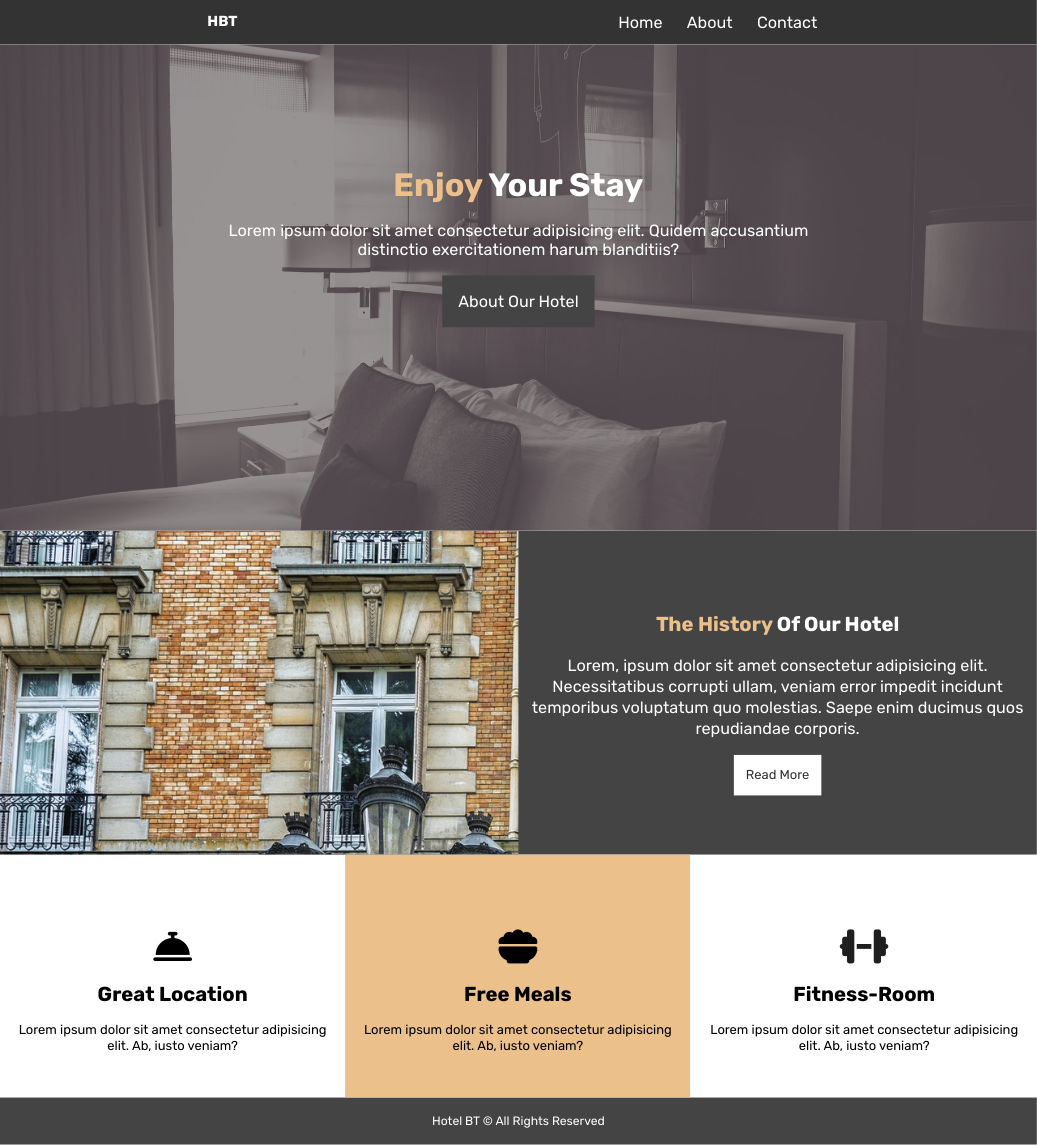
Repository: reemoon-ctrl/35---hotel-website
Page: index.html
These files come from the project's save history. The page is drawn as it stood at one moment and after the next save; the edit follows.
The browser window is 1280 px wide. The pictures show the whole page, at 81% of full size.
Some web libraries are served in a nearby version.

Above is the page before, as saved 2024-07-24 19:47:56.

### index.html
<!DOCTYPE html>
<html lang="en">
<head>
    <meta charset="UTF-8">
    <meta name="viewport" content="width=device-width, initial-scale=1.0">
    <title>HBT| hotel website</title>
    <link rel="stylesheet" href="index.css"/>
    <style>
    @import url('https://fonts.googleapis.com/css2?family=Rubik:ital,wght@0,300..900;1,300..900&display=swap');

    </style>
    <script src="https://kit.fontawesome.com/6132f3c84f.js" crossorigin="anonymous"></script>

</head>
<body>
    <header>
        <ul class="nav-bar">
            <li class="title"><a href="">HBT</a></li>
            <div class="bag-nav-row" >
            <li class="bag-nav"><a href="contact.html">Contact</a></li>
            <li class="bag-nav"><a href="about.html">About</a></li>
            <li class="bag-nav"><a href="index.html">Home</a></li>
            </div>
        </ul>

    </header>

    <header class="mainheader" >
        <div class="mainheadertxt">
            <h1><span class="fword">Enjoy</span> Your Stay</h1>
            <p>Lorem ipsum dolor sit amet
                consectetur adipisicing elit.
                Quidem accusantium distinctio
                exercitationem harum blanditiis?
            </p>
            <a href="about.html" >About Our Hotel</a>
        </div>
    </header>

    <main class="main-content">
        <div class="hotelimg"></div>
        <div class="hotel-disc">
            <h3><span class="fword">The History </span>Of Our Hotel</h3>
            <p>Lorem, ipsum dolor sit amet consectetur adipisicing elit. Necessitatibus corrupti ullam, veniam error impedit incidunt temporibus voluptatum quo molestias. Saepe enim ducimus quos repudiandae corporis.</p>
            <a href="about.html">Read More</a>
        </div>

    </main>

    <aside class="aside-bar">
        <ul >
            <div class="ul">
                <div class="fli" ><i class="fa-solid fa-bell-concierge fa-3x"></i> <li ><h4>Great Location</h4>
                    <p>Lorem ipsum dolor sit amet consectetur adipisicing elit. Ab, iusto veniam?</p>

                </li></div>
                <div class="sli"><li > <i class="fa-sharp-duotone fa-solid fa-bowl-food fa-3x" style="--fa-primary-color: #1f1f1f; --fa-secondary-color: #1f1f1f;"></i><h4>Free Meals</h4>
                    <p>Lorem ipsum dolor sit amet consectetur adipisicing elit. Ab, iusto veniam?</p>

                </li></div>
                <div class="thli"><li ><i class="fa-solid fa-dumbbell fa-3x" style="color: #1f1f1f;"></i><h4 >Fitness-Room</h4>
                    <p>Lorem ipsum dolor sit amet consectetur adipisicing elit. Ab, iusto veniam?</p>

                </li></div>
            </div>
        </ul>
    </aside>

    <footer>
        <p>Hotel BT &copy; All Rights Reserved</p>

    </footer>

</body>
</html>

### index.css
*{
    padding: 0px;
    margin: 0px;
    box-sizing: border-box;
    font-family: "Rubik", sans-serif;
    font-optical-sizing: auto;




}
.nav-bar{
    list-style:none;
    overflow: auto;
    /* clear:both; */
    background: #333333;
    font-size: 20px;
    text-align: center;
    height: 55px;

}

.bag-nav-row{
    margin-right: 20%;
}
.title{
    float: left;
    margin-left: 20%;
    font-weight: bold;
    font-size:18px ;

    text-align: center;
    padding:15px 0px;

}
.title  a{
    text-decoration: none;
    color:#fff;
}


.bag-nav{
    float: right;
    font-size: 20px;


}
.bag-nav-row li a{
    text-decoration: none;
    padding: 15px;
    display: inline-block;
    color: #fff;
}

.bag-nav-row li a:hover{
    background: #444444;
    color:#ecc08a;
}
.bag-nav-row li a:active{
    background: #444444;
    color:#ecc08a;
}


.mainheader{
    background-image: url("img/showcase.jpg") ;
    background-color: #cccccc;
    height:600px;
    background-position: center;
    background-repeat: no-repeat;
    background-size:cover;
    position: relative;
}
.mainheadertxt{
    /* margin: auto; */
    padding: 150px 20%;
    position:relative;
    text-align: center;
    /* margin-top: 20px; */
    color:#fff;
}
.mainheadertxt h1{
    font-size:40px;

}

.mainheadertxt p{
    margin:20px;
    font-size: 20px;
}
.mainheadertxt a{
    position:relative;
    display: block;
    width: fit-content;
    background: #444444;
    text-decoration:none ;
    color: #fff;
    top:50%;
    margin-top: 30px;
    margin: auto;
    font-size: 20px;

    padding: 20px;
}
.mainheadertxt a:hover{
    background: #ecc08a;
    cursor: pointer;
    color:#333333;

}
.fword{
    color:#ecc08a
}
.main-content{
    width:100%;
    height:400px;
    overflow: auto;
    background: #444444;
    color: #fff;
}
.hotelimg{
    width:50%;
    float:left;

    min-height:100% ;
    background: url('img/photo-1.jpg') no-repeat;
}
.hotel-disc{
    /* padding-top: 100px; */
    padding:20px 10px;
    width:50%;
    height:40px;
    float:right;
    text-align: center;
    /* margin-top:px; */
    line-height: 1.3;
    /* padding:20px; */

}
.hotel-disc h3{
    font-size: 25px;
    /* font-size: xx-large; */
    margin-bottom: 20px;
    margin-top:5rem;
}
.hotel-disc a{
    position:relative;
    display: block;
    width: fit-content;
    text-decoration:none ;
    color: #333333;
    padding: 15px;
    margin:auto;
    margin-top: 20px;
    background: #fff;

}
.hotel-disc a:hover{
    background: #ecc08a;
}
.hotel-disc p{
    font-size: 20px;
}

.aside-bar{
    height: 300px;
    overflow: auto;
    clear:both;

}
.ul{
    list-style: none;
    text-align: center;
    margin:auto;
    height:300px;
}
.fli{
    padding: 60px;
    margin: auto;
    float: left;
    width:33.3%;
    height: 300px;
    padding: 90px 20px;
}
.fli h4{
    font-size: 25px;
    margin-bottom: 20px;
    margin-top: 20px;
}
.sli h4{
    margin-top: 20px;
    font-size: 25px;
    margin-bottom: 20px;
}
.thli h4{
    margin-top: 20px;
    font-size: 25px;
    margin-bottom: 20px;
}
.sli{
    float:left;
    width:33.3%;
    background-color:#ecc08a;
    height: 300px;
    padding: 90px 20px;

}
.thli{
    float:right;
    width:33.3%;
    height: 300px;
    margin: auto;
    height: 300px;
    padding: 90px 20px;
}

footer p{
    text-align: center;
    font-size: 15px;
    color: #fff;
    background: #444444;
    padding: 20px;
}

/* ///////////////about website////////////////// */
.s-header{
    overflow: auto;
    clear: both;
    margin: auto;
    margin: 50px 20%;
    /* height: 500px; */
}
.header-content{
    float:left;
    width:40%;

}
.header-content h1{
    font-size: 50px;
}
.header-content p{
    font-size: 28px;
    margin-top: 20px;
    line-height: 1.3;
}
.hotel-img2{
    height:400px;
    width: 40%;
    float: right;
    border-radius:50%;
}
.comment{
    overflow: auto;
    background:#ecc08a;
    margin: 20px 20%;
    border-radius: 20px;

}
.aside-content{
    background-image: url(img/test-bg.jpg) ;
    background-color: #cccccc;
    height:900px;
    background-position: center;
    background-repeat: no-repeat;
    background-size: cover;
    position: relative;
    width: 100%;



}
.aside-content h1{
    margin: 20px 20%;
    text-align: center;
    color: #FFF;
    font-size: 50px;
    padding-top: 100px;
    padding-bottom: 50px;

}
.comment img{
    padding-top: 30px;
width:200px ;
height:200px ;
border-radius: 200px;
float: left;
padding-right: 20px;
padding-left: 20px;
margin-bottom: 50px;
}
.comment p{
padding-top: 70px;
font-size: 28px;
color: #333333;


}
/* ///////////////about style///////////// */
form h1{
    margin-bottom: 20px;
    font-size: 50px;

}
form p{
    font-size: 25px;

}

.form-label label{
    display: block;

}
.form-label input{
    width:100%;
    padding:10px;
    font-size: 28px;
    border:#ddd solid 1px;
    /* border: 3px solid #ccc; */
    -webkit-transition: 0.5s;
    transition: 0.5s;
    outline: none;

}
.form-label input[type=text]:focus{
    border: 2px solid #ecc08a;
}
.form-label{
    font-size: 35px;
    margin-top: 20px;
}
.submit-input:hover{
    border: 2px solid #ecc08a;
    background: #ecc08a;
    color:#444444;
}
textarea{
    width: 100%;
    height: 250px;
    padding: 12px 20px;
    box-sizing: border-box;
    border: 1px solid #ddd;
    border-radius: 4px;
    /* background-color: #f8f8f8; */
    resize:none;
    font-size: 20px;
    -webkit-transition: 0.5s;
    transition: 0.5s;
    outline: none;

}
textarea:focus{
    border: 2px solid #ecc08a;
}
.submit-input{
 padding: 20px;
 /* text-align: center; */
 width:200px;
 cursor: pointer;
 margin: 30px 0px;
 background: #333333;
 color: #FFF;
 font-size: 20px;


}
.form-container{
    margin: 40px 20%;
    height:800px;
}
.fli-about{
    padding: 60px;
    margin: auto;
    float: left;
    width:33%;
    height: 300px;
    padding: 90px 20px;
    color:#ddd;
}
.fli-about h4{
    font-size: 35px;
    margin-bottom: 20px;
}
.fli-about p{
    font-size: 28px;
}
.sli-about h4{
    font-size: 35px;
    margin-bottom: 20px;
}
.sli-about p{
    font-size: 28px;
}
.thli-about h4{
    font-size: 35px;
    margin-bottom: 20px;
}
.thli-about p{
    font-size: 28px;
}
.sli-about{
    float:left;
    width:33%;
    color: #ddd;
    height: 300px;
    padding: 90px 20px;

}
.thli-about{
    float:right;
    width:33%;
    height: 300px;
    margin: auto;
    height: 300px;
    padding: 90px 20px;
    background: #333333;
    color: #ddd;
}
.ul-about{
    list-style: none;
    text-align: center;
    margin:auto;
    height:300px;
    background: #333333;
}

After the next save:
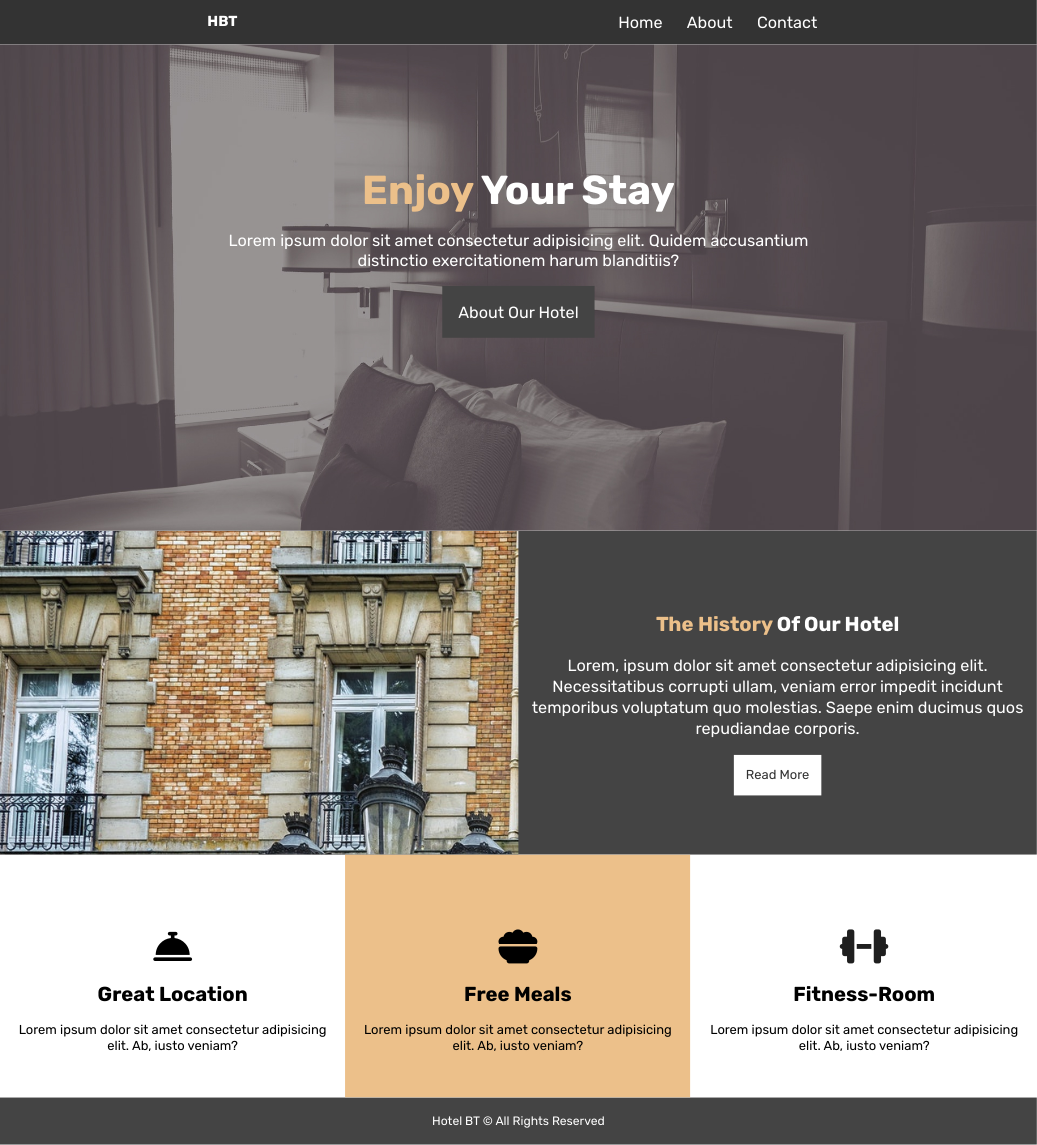
Saved 2 min 23 s later.
--- a/index.css
+++ b/index.css
@@ -80,7 +80,7 @@
     color:#fff;
 }
 .mainheadertxt h1{
-    font-size:40px;
+    font-size:50px;
 
 }
 
